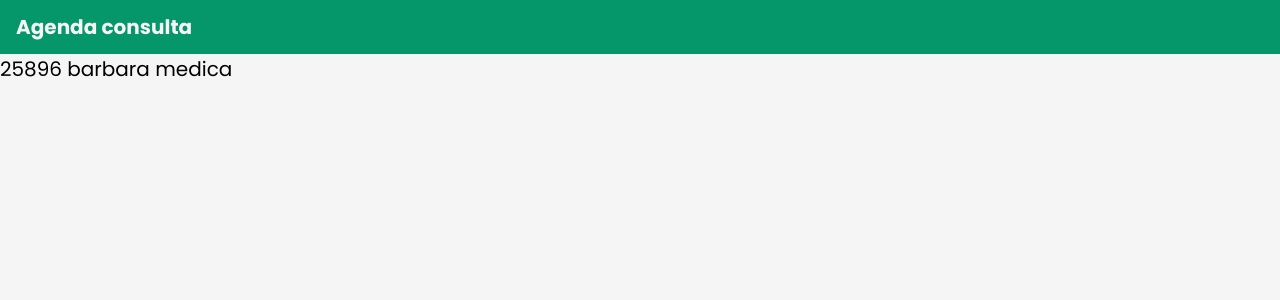
Repository: BarbaraCD/agendaconsulta
Page: /
These files come from the project's save history. The page is drawn as it stood at one moment and after the next save; the edit follows.
The browser window is 1280 px wide. The pictures show the whole page.
The project was rebuilt for these pictures with package versions that can differ from the ones it lists, and the page was loaded fresh each time. Also part of the build but not shown: vite.config.ts.

Above is the page before, as saved 2023-07-26 11:45:11.

After the next save:
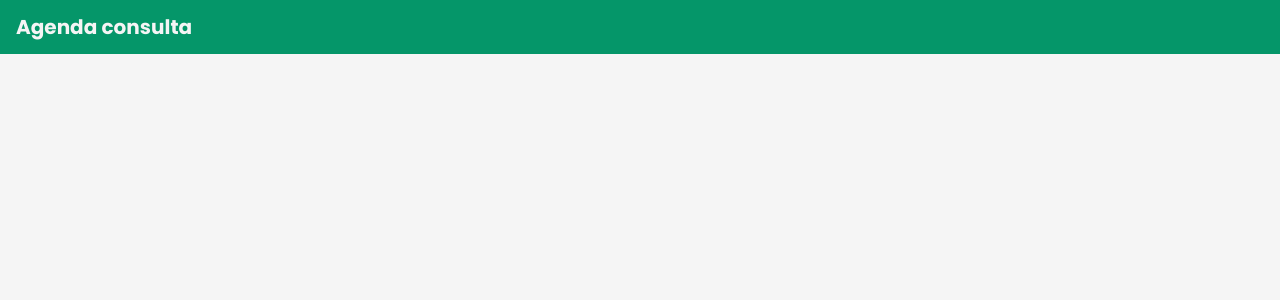
Saved 13 s later.
--- a/src/App.tsx
+++ b/src/App.tsx
@@ -1,8 +1,6 @@
 import './styles/global'
 import { Header } from './components/Headers'
 import GlobalStyle from './styles/global'
-import { Doctors } from './components/Doctors'
-
 
 function App() {
 
@@ -10,11 +8,6 @@ function App() {
     <>
       <GlobalStyle />
       <Header />
-      <Doctors
-        name='barbara '
-        crm='25896 '
-        specialization='medica '
-      />
     </>
   )
 }
